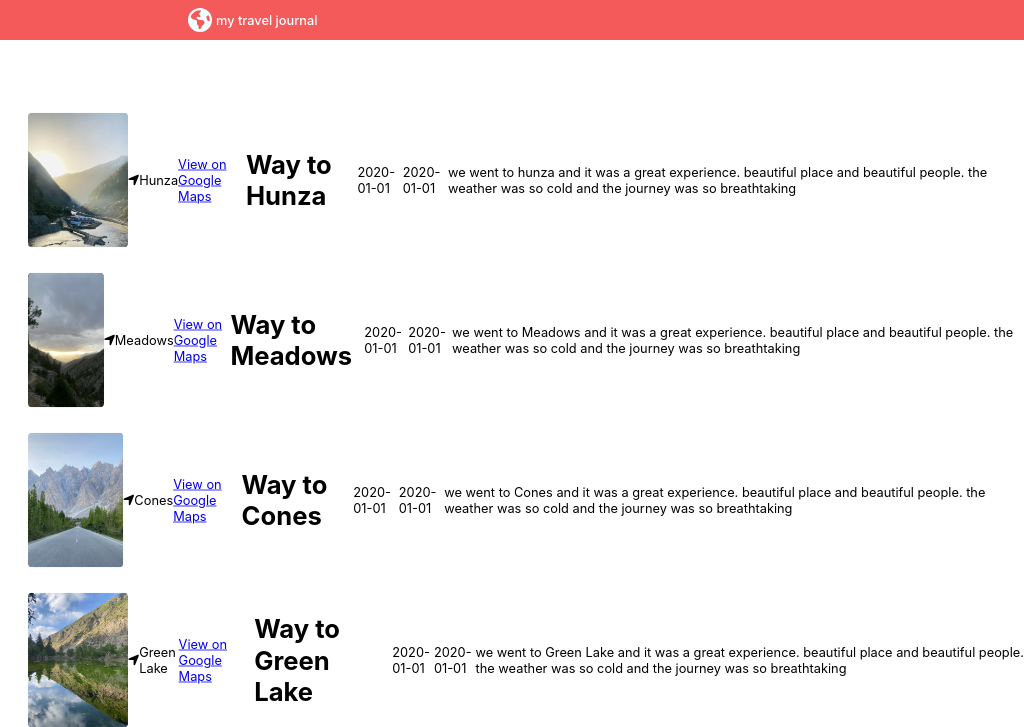
Repository: mortiestmorty1/travel-journal
Page: /
These files come from the project's save history. The page is drawn as it stood at one moment and after the next save; the edit follows.
The browser window is 1280 px wide. The pictures show the whole page, at 80% of full size.
The project was rebuilt for these pictures with package versions that can differ from the ones it lists, and the page was loaded fresh each time.

Above is the page before, as saved 2024-01-17 14:59:04.

After the next save:
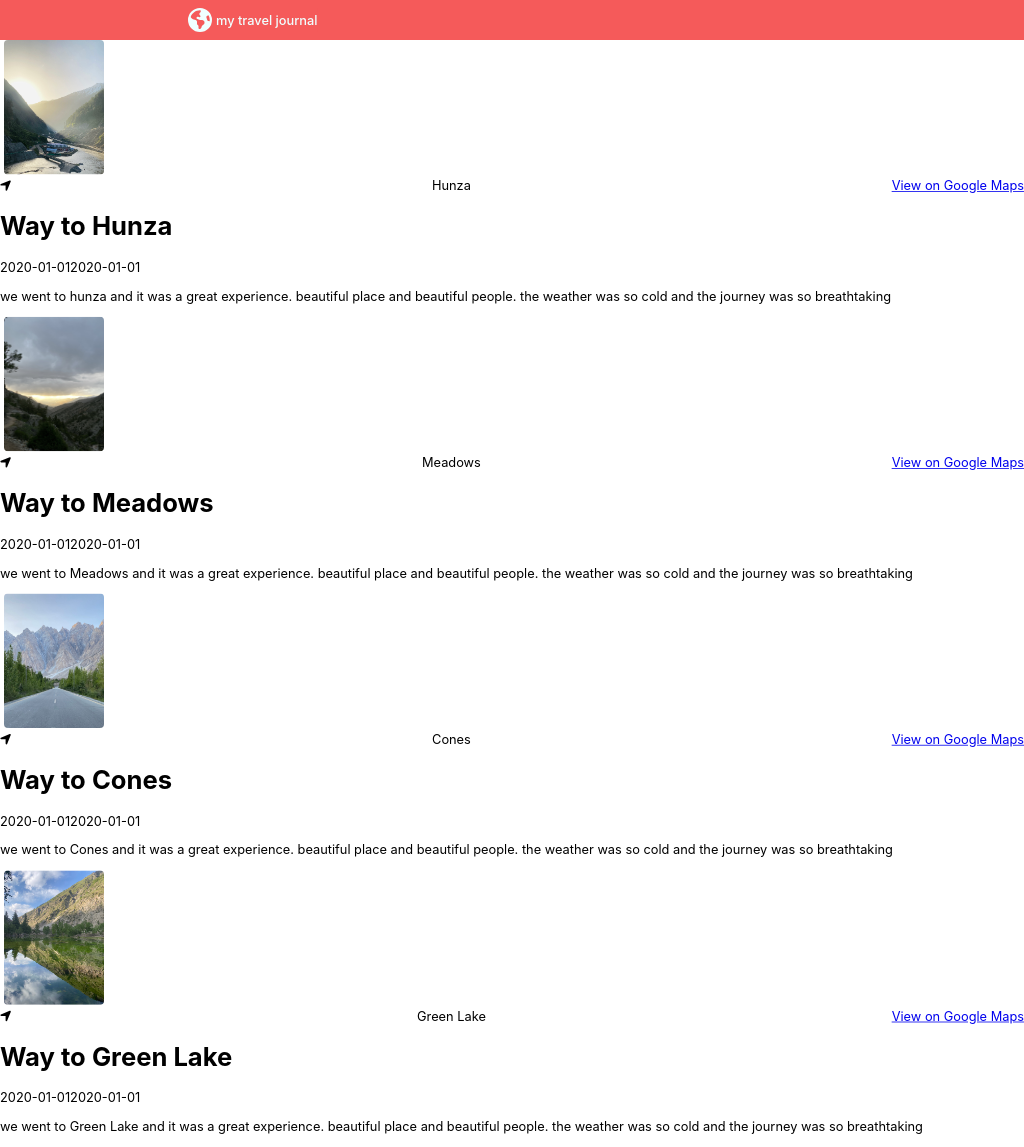
Saved 5 min 6 s later.
--- a/src/App.css
+++ b/src/App.css
@@ -23,20 +23,16 @@
   margin-left: 5px;
   color: azure;
 }
-.content-container{
-  display: flex;
-  justify-content: space-between;
-  align-items: center;
-  margin-top: 150px;
-  height: 50px;
-  margin-left: 30px;
-}
+
 .image{
   width: 125px;
   height: 168px;
   margin-left: 5px;
   color: azure;
   border-radius: 5px;
+}
+.content-container{
+
 }
 .section1{
   display: flex;
